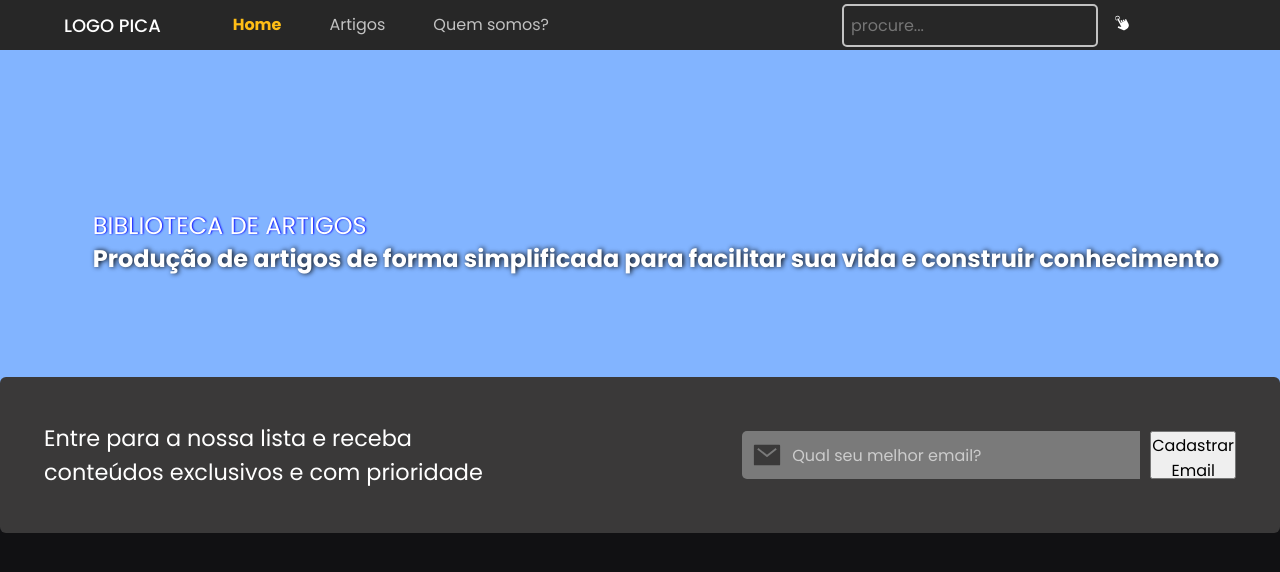
Repository: ArthurHendrich/Inepto
Page: /
An editor plug-in stored every save of this project. The page is shown before and after a run of saves, followed by the edit.
The browser window is 1280 px wide. The pictures show the whole page.
The project was rebuilt for these pictures with package versions that can differ from the ones it lists, and the page was loaded fresh each time. The framework's server and built-in components were replaced by stand-ins that run in the browser. Also part of the build but not shown: next.config.js.

Above is the page before, as saved 2022-07-06 20:48:43.

### src/pages/_app.tsx
import { AppProps } from "next/app";
import { Header } from "../components/header";

import '../styles/global.scss';

function MyApp({ Component, pageProps }: AppProps) {
  return (
    <>
    <Header />
    <Component {...pageProps} />
    </>
  );
}

export default MyApp;

### src/pages/_document.tsx
import Document, { Html, Head, Main, NextScript } from "next/document";

export default class MyDocument extends Document {
  render() {
    return (
      <Html>
        <Head>
          <link rel="preconnect" href="https://fonts.googleapis.com" />
          <link
            href="https://fonts.googleapis.com/css2?family=Poppins:wght@400;500;700;900&display=swap"
            rel="stylesheet"
          />
          <link rel="shortcut icon" href="favicon.png" type="image/png" />
        </Head>
        <body>
          <Main />
          <NextScript />
        </body>
      </Html>
    );
  }
}

### src/pages/index.tsx
import Head from "next/head";

import styles from "../styles/home.module.scss";

import { IoMailSharp } from 'react-icons/io5';

export default function Home() {
  return (
    <>
      <Head>
        <title>Direito Inepto</title>
      </Head>

      <main>
        <section className={styles.headerContainer}>
          <div className={styles.headerText}>
            <h1>BIBLIOTECA DE ARTIGOS</h1>
            <h2>
              Produção de artigos de forma simplificada para facilitar sua vida
              e construir conhecimento
            </h2>
          </div>
        </section>

        <section className={styles.inputContainer}>
          <h2>
            Entre para a nossa lista e receba conteúdos exclusivos e com
            prioridade
          </h2>
          <div className={styles.inputContent}>
            <div className={styles.ContentFake}>
              <IoMailSharp className={styles.mail}/>
              <input type="text" placeholder="Qual seu melhor email?" />
            </div>
              <button>Cadastrar Email</button>
          </div>
        </section>
      </main>
    </>
  );
}

### src/components/header/index.tsx
import styles from "./styles.module.scss";
import { GiClick } from "react-icons/gi";
import { ActiveLink } from "../ActiveLink";
import { useState } from "react";



export function Header() {
  const [inputText, setInputText] = useState('');



  return (
    <header className={styles.headerContainer}>
      <div className={styles.headerContent}>
        <div className={styles.headerItens}>
          <div className={styles.headerLogo}>
            <ActiveLink href="/" activeClassName={styles.active}>
              <a>LOGO PICA</a>
            </ActiveLink>
          </div>

          <nav>
            <ActiveLink href="/" activeClassName={styles.active}>
              <a>Home</a>
            </ActiveLink>

            <ActiveLink href="/posts" activeClassName={styles.active}>
              <a>Artigos</a>
            </ActiveLink>

            <ActiveLink href="/sobre" activeClassName={styles.active}>
              <a>Quem somos?</a>
            </ActiveLink>
          </nav>
        </div>

        <div className={styles.headerSearch}>
          <input
            type="text"
            value={inputText}
            placeholder="procure..."
            onChange={(e) => setInputText(e.target.value)}
          />
          <GiClick className={styles.headerSearchIcon}/>
        </div>
      </div>
    </header>
  );
}

### src/styles/global.scss
* {
  margin: 0;
  padding: 0;
  box-sizing: border-box;
}

:root {
  --white: #FFF;

  --gray-100: #C2C2C2;
  --gray-200: #CCCCCC;
  --gray-300: #7a7a7a;
  --gray-400: #3A3939;
  --gray-500: #272727;
  --gray-900: #111113;

  --blue-200: #3C7198;
  --blue-500: #82B4FF;
  --blue-900: #95D2FF;

  --purple-header: #2F1C6A;
  --purple-content: #492E9E;

  --yellow-500: #FFBE16;
}

@media (max-width: 1080px) {
  html {
    font-size: 93.75%;
  }
}

@media (max-width: 720px) {
  html {
    font-size: 87.5%;
  }
}

body{
  background: var(--gray-900);
  color: var(--white);
}

body, input, textarea, select, button {
  font: 400 1rem 'Poppins', sans-serif;
}

button {
  cursor: pointer;
}

a {
  color: inherit;
  text-decoration: none;
}

### src/styles/home.module.scss
.headerContainer {
  min-height: calc(60vh - 3.125rem);
  margin: 0 auto;
  display: flex;
  justify-content: center;
  align-items: center;
  padding: 0 2rem;
  background: var(--blue-500);

  .headerText {
    padding-left: 2rem;

    font-size: rem;

    h1 {
      font-weight: 50;
      cursor: pointer;
      text-shadow: 1px 0px 2px blue;
    }

    h2{
      font-weight: 700;
      line-height: 2rem;
      text-shadow: 1.5px 0px 5px black;
      cursor: pointer;
    }
  }

  img {
    width: 75%
  }
}

.inputContainer {
  max-width: 1475px;
  margin: 0 auto;
  margin-top: -55px;
  padding: 2.75rem;
  display: flex;
  align-items: center;
  border-radius: 6px;
  background: var(--gray-400);

  h2 {
    font-size: 1.4rem;
    font-weight: 100;
  }

  .inputContent {
    padding-left: 15rem;
    display: flex;
    align-items: center;

    .ContentFake {
      display: flex;
      align-items: center;
      background: var(--gray-300);
      border-top-left-radius: 5px;
      border-bottom-left-radius: 5px;
      height: 3rem;

      input {
        margin-right: 2rem;
        border: none;
        background-color: transparent;
        color: var(--white);
        outline: none;
      }

      .mail{
        height: 30px;
        width: 30px;
        margin-right: 10px;
        margin-left: 10px;
        color: var(--gray-400);
      }
    }

    button {
      text-align: center;
      margin-left: 10px;
      height: 3rem;
    }
  }


  *::placeholder {
    color: var(--gray-200);
  }
}

### src/components/header/styles.module.scss
.headerContainer {
  height: 3.125rem;
  background: var(--gray-500);
  color: var(--white);

}


.headerContent {
  height: 3.125rem;
  margin: 0 auto;
  display: flex;
  padding: 0 4rem;
  align-items: center;
  justify-content: space-between;

  .headerItens {
    display: flex;
    align-items: center;
    justify-content: space-between;

    .headerLogo {
      margin-right: 4rem;
      font-size: 1.125rem;
      font-weight: 500;
    }

    nav {
      height: 6rem;

      a {
        display: inline-block;
        position: relative;
        padding: 0 0.5rem;
        height: 6rem;
        line-height: 6rem;
        color: var(--gray-100);
        transition: color 0.2s;

        & + a {
          margin-left: 2rem;
        }

        &:hover {
          color: var(--white);
        }

        &.active{
          color: var(--yellow-500);
          font-weight: bold;
        }
      }
    }
  }

  .headerSearch {
    padding: 0 0.5rem;

    input {
      margin-right: 1rem;
      border: 2px solid var(--gray-100);
      border-radius: 5px;
      background: transparent;
      width: 70%;
      padding: 0.4375rem 0.4375rem;
      color: var(--gray-300);
    }
  }
}

### src/components/ActiveLink/index.tsx
import Link, { LinkProps } from "next/link";
import { useRouter } from "next/router";
import { cloneElement, ReactElement } from "react";

interface ActiveLinkProps extends LinkProps {
  children: ReactElement;
  activeClassName: string;
}

export function ActiveLink ({ children, activeClassName, ...rest }: ActiveLinkProps) {
  const { asPath } = useRouter();

  const className = asPath === rest.href ? activeClassName : '';


  return (
    <Link {...rest}>
      {cloneElement(children, { className })}
    </Link>
  )
}

After the next 2 saves:
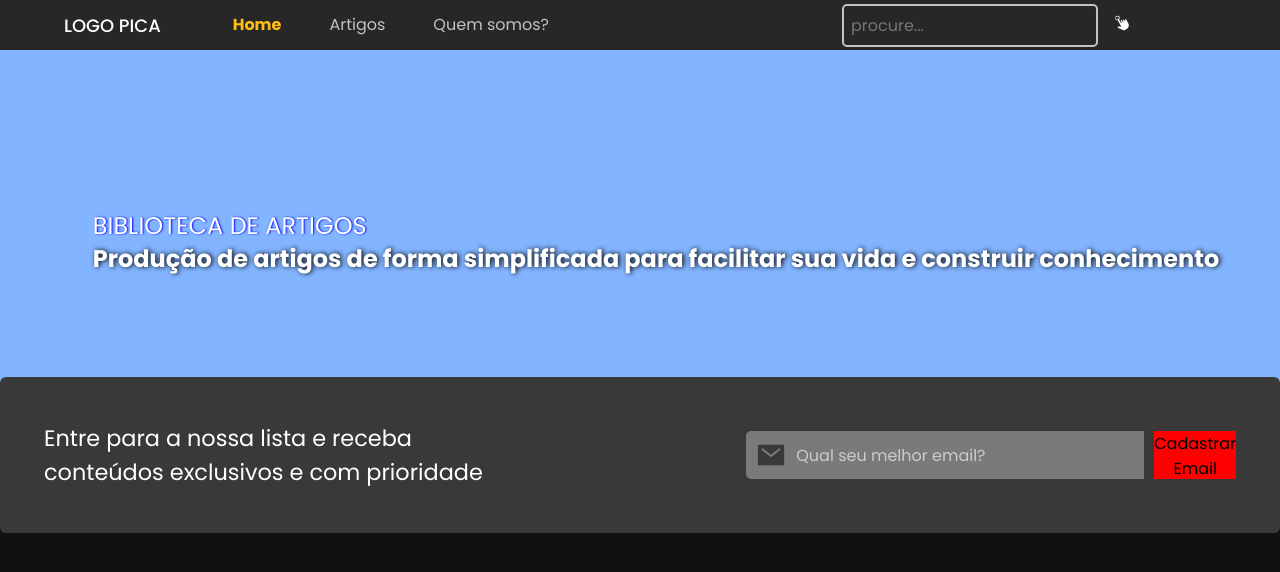
The 2 saves are shown as one change because they came seconds apart.
The last was saved 7 s later.
--- a/src/styles/home.module.scss
+++ b/src/styles/home.module.scss
@@ -80,6 +80,8 @@
       text-align: center;
       margin-left: 10px;
       height: 3rem;
+      background: red;
+      border: 0
     }
   }
 
